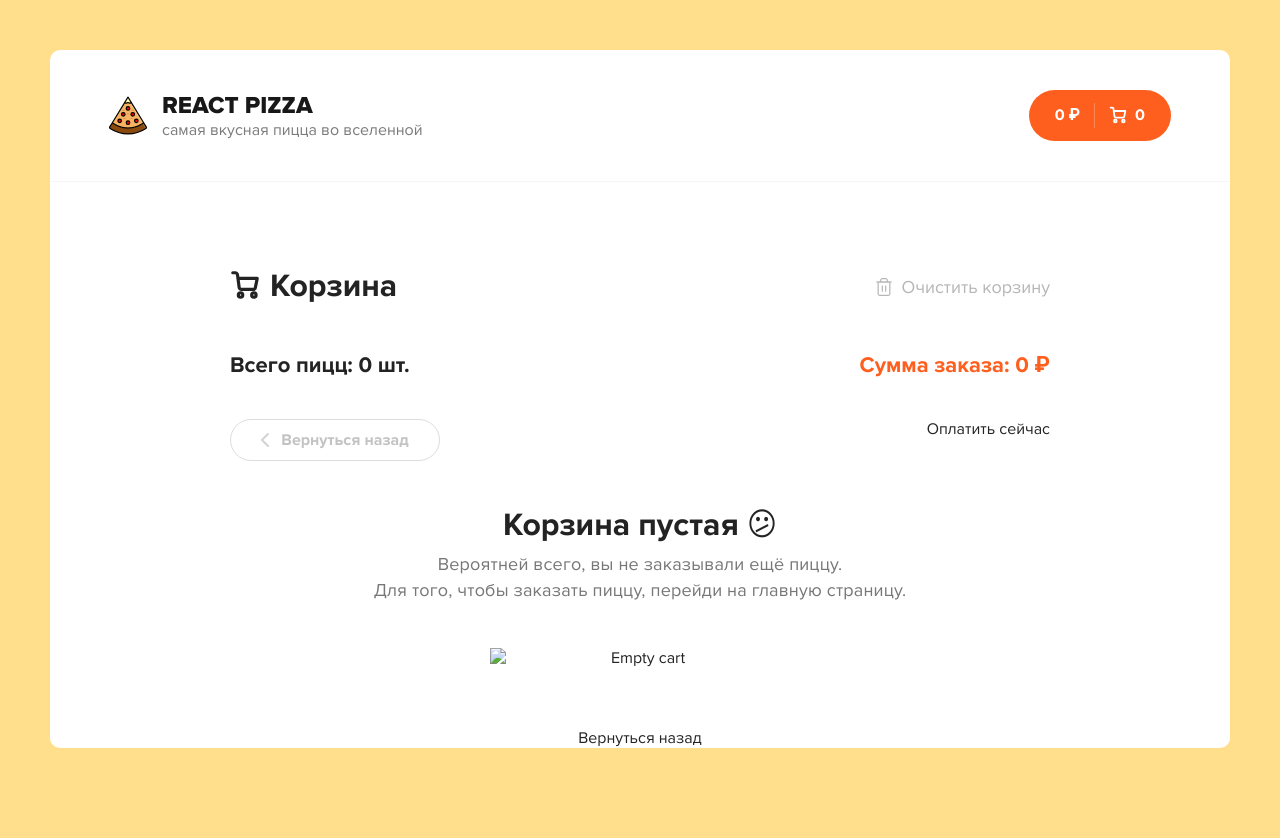
Repository: Danyil-man/online-pizzeria
Page: /cart
An editor plug-in stored every save of this project. The page is shown before and after the next save, followed by the edit.
The browser window is 1280 px wide. The pictures show the whole page.
The project was rebuilt for these pictures with package versions that can differ from the ones it lists, and the page was loaded fresh each time. Also part of the build but not shown: src/pages/cart/cartItem/CartItem.tsx, src/components/categories/Categories.tsx, src/components/pizzaItem/index.tsx, src/components/pizzaItem/PizzaLoader.tsx, src/components/sortPopUp/Sort.tsx, src/pages/home/Home.tsx.

Above is the page before, as saved 2022-02-11 13:04:43.

After the next save:
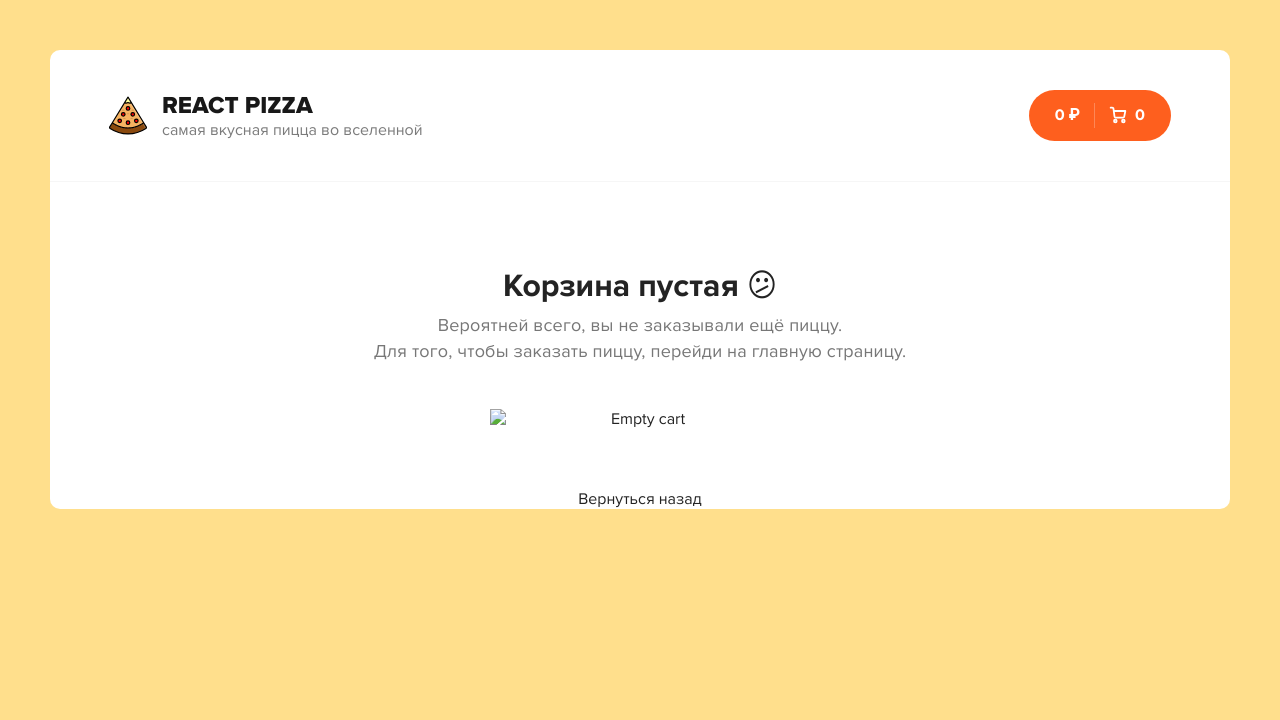
Saved 2 min 58 s later.
--- a/src/pages/cart/Cart.tsx
+++ b/src/pages/cart/Cart.tsx
@@ -20,8 +20,7 @@ const Cart = () => {
     }
     return (
         <div className="container container--cart">
-
-            <div className="cart">
+            {totalCount ? <div className="cart">
                 <div className="cart__top">
                     <h2 className="content__title">
                         <svg
@@ -138,9 +137,7 @@ const Cart = () => {
 
                     </div>
                 </div>
-            </div>
-
-            <div className="cart cart--empty">
+            </div> : <div className="cart cart--empty">
                 <h2>
                     Корзина пустая <i>😕</i>
                 </h2>
@@ -153,7 +150,10 @@ const Cart = () => {
 
                 <span>Вернуться назад</span>
 
-            </div>
+            </div>}
+
+
+
 
         </div>
     )
